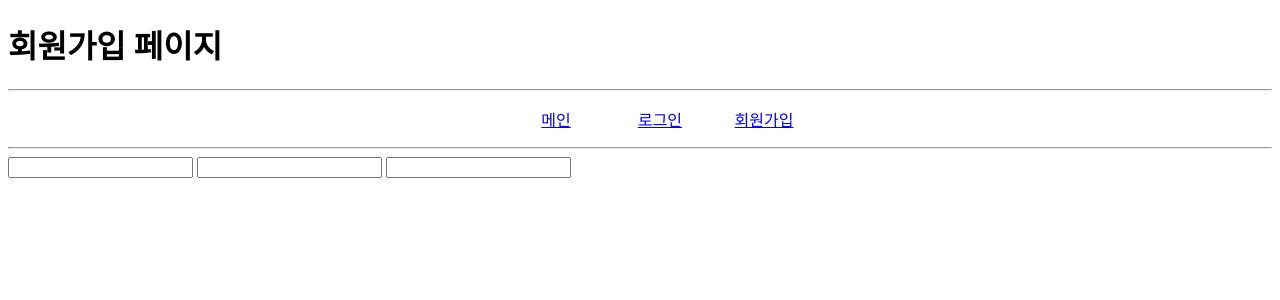
Repository: design-view/jsp-work
Page: http://localhost/cos/join.jsp
An editor plug-in stored every save of this project. The page is shown before and after the next save, followed by the edit.
The browser window is 1280 px wide. The pictures show the whole page.
The page is served by Tomcat 9. Other server files are loaded and not shown.

Above is the page before, as saved 2020-08-22 02:47:55.

### cos/WebContent/join.jsp
<%@ page language="java" contentType="text/html; charset=UTF-8"
    pageEncoding="UTF-8"%>
<!DOCTYPE html>
<html>
<head>
<meta charset="UTF-8">
<title>회원가입 페이지</title>
<style>
	ul {
		text-align: center;
	}
	li { display: inline-block; width: 100px;  }
</style>
</head>
<body>
	<h1>회원가입 페이지</h1>
	<hr/>
	<ul>
		<li><a href="main.jsp">메인</a></li>
		<li><a href="login.jsp">로그인</a></li>
		<li><a href="join.jsp">회원가입</a></li>
	</ul>
	<hr/>
	<!--  form 태그는 데이터를 전송하기 위한 박스    -->
	<form>
		<input type="text" name="username" />
		<input type="password" name="password" />
		<input type="email" name="email" />
	</form>
</body>
</html>

After the next save:
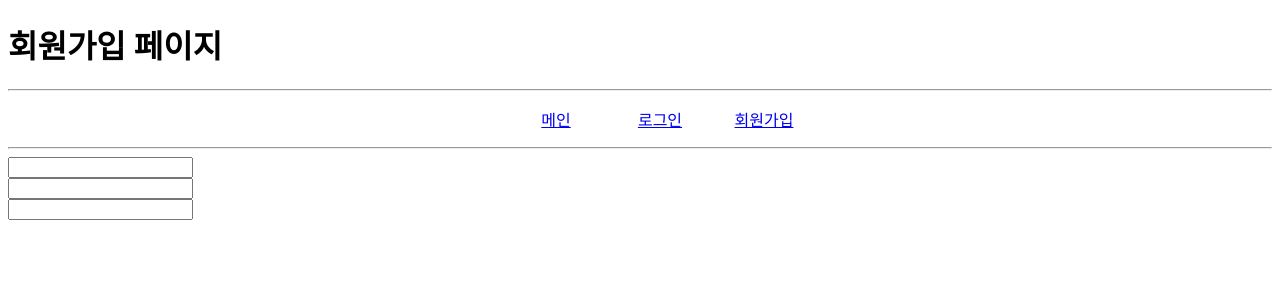
Saved 63 s later.
--- a/cos/WebContent/join.jsp
+++ b/cos/WebContent/join.jsp
@@ -23,9 +23,9 @@
 	<hr/>
 	<!--  form 태그는 데이터를 전송하기 위한 박스    -->
 	<form>
-		<input type="text" name="username" />
-		<input type="password" name="password" />
-		<input type="email" name="email" />
+		<input type="text" name="username" /><br/>
+		<input type="password" name="password" /><br/>
+		<input type="email" name="email" /><br/>
 	</form>
 </body>
 </html>
